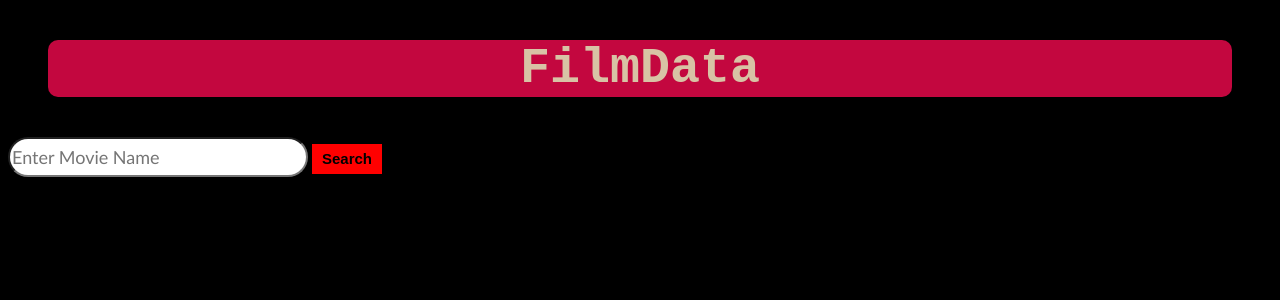
Repository: priyankajainmodi/film_data
Page: index.html
The author's editor kept a copy of each file at every save. The page is drawn from the files as they stood at one save, then again after the next save.
The browser window is 1280 px wide. The pictures show the whole page.

Above is the page before, as saved 2021-11-25 22:58:22.

### index.html
<html>

<head>
    <title>FilmData</title>

    <link rel="icon" href="favicon/favicon.ico" type="image/x-icon">
    <link rel="stylesheet" href="https://cdnjs.cloudflare.com/ajax/libs/font-awesome/4.7.0/css/font-awesome.min.css">

    <meta name="viewport" content="width=device-width, initial-scale=1.0">
    <style>
        #leftbox {
            float: left;
            margin-top: 20;
            width: 30%;
            height: 455px;
            margin-bottom: 30;
        }

        #rightbox {
            float: right;
            margin-top: 20;
            width: 70%;
            height: 455px;
            margin-bottom: 30;
        }

        .button {
            background-color: red;
            border: none;
            color: black;
            text-align: center;
            font-size: 15px;
            opacity: 1;
            transition: 0.3s;
            display: inline-block;
            text-decoration: none;
            cursor: pointer;
            height: 30px;
            width: 70px;
        }

        .button:hover {
            opacity: 0.6
        }
    </style>

</head>

<body bgcolor="#000">
    <h1 id="heading" style="color:#D8C3A5;margin-bottom:50;border-radius:10px; text-align:center;font-family:monospace;background-color:#C3073F;font-size:50px;margin:40px;">FilmData</h1>

    <div id="enter">



        <input class="input" style=" border-radius:20px;height:40;width:300;font-size:18;font-family:calibri;" type="text" placeholder="Enter Movie Name"></input>
        <button class="button"><b>Search</b></button>

    </div>

    <div id="content">
        <div>
            <div id="leftbox">
            </div>
            <div id="rightbox"></div>
        </div>
        <br>
        <br>
        <table id="tb">

        </table>
    </div>

    <script src="https://cdn.jsdelivr.net/npm/axios/dist/axios.min.js"></script>
    <script src="film_data.js"></script>
</body>

</html>

### film_data.js
function reset() {
    while (document.querySelector('iframe') != null) {
        document.querySelector('iframe').remove();
    }
    while (document.querySelector('img') != null) {
        document.querySelector('img').remove();
    }

    let tble = document.querySelector('#tb');
    tble.innerHTML = "";
    while (document.querySelector('h2') != null) {
        document.querySelector('h2').remove();
    }

}
let inp = document.querySelector('input');
let but = document.querySelector('button')



but.onclick = () => {
    fetch(`https://www.omdbapi.com/?t=${inp.value}&apikey=a5b97ecf`)
        .then((res) => { return res.json(); })
        .then((data) => {

            if (data.Response == 'False') {
                reset();
                let p = document.createElement('h2');
                p.append(`${data.Error} \n Check the spelling once`);
                p.style.color = 'white';
                document.querySelector('#leftbox').appendChild(p);

            } else {
                reset();
                let tble = document.querySelector('#tb');
                let row1 = tble.insertRow(0);
                let cell11 = row1.insertCell(0);
                let cell12 = row1.insertCell(1);
                let row2 = tble.insertRow(1);
                let cell21 = row2.insertCell(0);
                let cell22 = row2.insertCell(1);
                let row3 = tble.insertRow(2);
                let cell31 = row3.insertCell(0);
                let cell32 = row3.insertCell(1);
                let row4 = tble.insertRow(3);
                let cell41 = row4.insertCell(0);
                let cell42 = row4.insertCell(1);
                let row5 = tble.insertRow(4);
                let cell51 = row5.insertCell(0);
                let cell52 = row5.insertCell(1);
                let row6 = tble.insertRow(5);
                let cell61 = row6.insertCell(0);
                let cell62 = row6.insertCell(1);
                let video = document.createElement('iframe');
                video.height = 400;
                video.width = 900;
                let img = document.createElement('img');
                let divi1 = document.querySelector('#leftbox');
                divi1.appendChild(img);

                fetch(`https://imdb-api.com/en/API/SearchMovie/k_3pxoshah/${inp.value}`)
                    .then(res => { return res.json(); })
                    .then((data) => { return data.results[0].id })
                    .then((title) => {

                        fetch(`https://imdb-api.com/en/API/YouTubeTrailer/k_3pxoshah/${title}`)
                            .then((res) => { console.log(res); return res.json() })
                            .then((data) => {
                                console.log(data);
                                if (data.videoUrl == "") {
                                    let box = document.querySelector("#rightbox");
                                    let h = document.createElement('h2');
                                    h.textContent = "Trailer not available >_<"
                                    h.style.color = 'white';
                                    box.appendChild(h);
                                } else {
                                    let url = `${data.videoUrl.replace('watch?v=', 'embed/')}`;
                                    video.src = `${url}`;
                                    let divi = document.querySelector("#rightbox");
                                    divi.appendChild(video);
                                }



                            })

                    })
                    .catch((err) => { console.log(err); })


                img.src = data.Poster;
                img.style.display = 'block';
                img.alt = "image couldn't load -_-";
                img.style.color = 'white';

                //row for actor details

                row1.style.fontSize = 20;

                cell11.innerHTML = 'Actors';
                cell12.innerHTML = `${data.Actors}`;
                cell11.style.color = 'yellow';
                cell12.style.color = 'white';
                cell11.style.paddingRight = 50;
                cell12.style.width = 700;

                //row for director detail

                row2.style.fontSize = 20;

                cell21.innerHTML = 'Director';
                cell22.innerHTML = `${data.Director}`;
                cell21.style.color = 'yellow';
                cell22.style.color = 'white';
                cell21.style.paddingRight = 50;
                cell22.style.width = 700;

                //row for genre detail

                row3.style.fontSize = 20;

                cell31.innerHTML = 'Genre';
                cell32.innerHTML = `${data.Genre}`;
                cell31.style.color = 'yellow';
                cell32.style.color = 'white';
                cell31.style.paddingRight = 50;
                cell32.style.width = 700;

                //row for plot

                row4.style.fontSize = 20;

                cell41.innerHTML = 'Plot';
                cell42.innerHTML = `${data.Plot}`;
                cell41.style.color = 'yellow';
                cell42.style.color = 'white';
                cell41.style.paddingRight = 50;
                cell42.style.width = 700;

                //row for movie time


                row5.style.fontSize = 20;

                cell51.innerHTML = 'Duration';
                let time = parseInt(data.Runtime);
                cell52.innerHTML = `${Math.floor(time/60)} hr ${time%60} min`;
                cell51.style.color = 'yellow';
                cell52.style.color = 'white';
                cell51.style.paddingRight = 50;
                cell52.style.width = 700;

                //imdb rating


                row6.style.fontSize = 20;

                cell61.innerHTML = 'imdbRating';

                cell62.innerHTML = `${data.imdbRating}/10`;
                cell61.style.color = 'yellow';
                cell62.style.color = 'white';
                cell61.style.paddingRight = 50;
                cell62.style.width = 700;




            }


        })
}

After the next save:
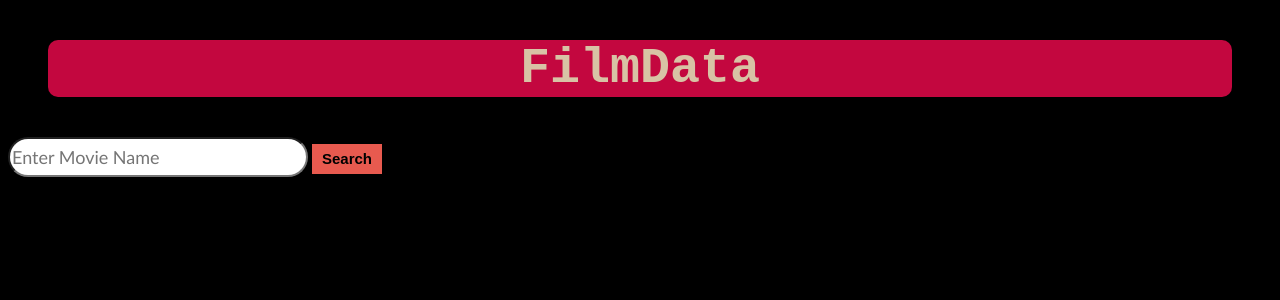
Saved 101 s later.
--- a/index.html
+++ b/index.html
@@ -25,7 +25,7 @@
         }
 
         .button {
-            background-color: red;
+            background-color: #E85A4F;
             border: none;
             color: black;
             text-align: center;
